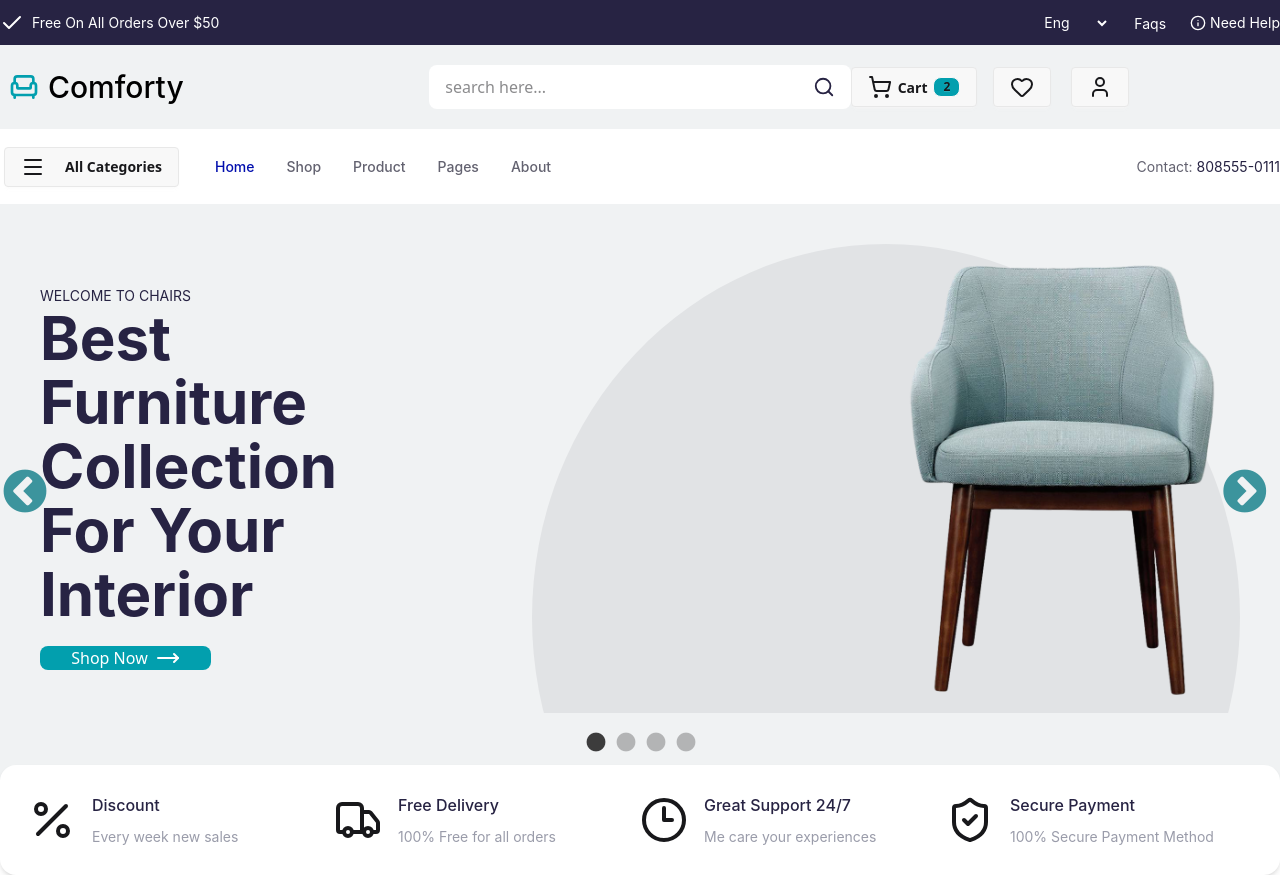
Repository: Neda0o0/store-template-website
Page: /
An editor plug-in stored every save of this project. The page is shown before and after the next save, followed by the edit.
The browser window is 1280 px wide. The pictures show the whole page.
The project was rebuilt for these pictures with package versions that can differ from the ones it lists, and the page was loaded fresh each time. Also part of the build but not shown: vite.config.js, src/Pages/Auth/Auth.jsx, src/Pages/Auth/Login/Login.jsx, src/Pages/Auth/Register/Register.jsx, src/Pages/Error/Error.jsx, src/AuthCheck/AuthCheck.jsx.

Above is the page before, as saved 2025-10-25 11:10:24.

After the next save:
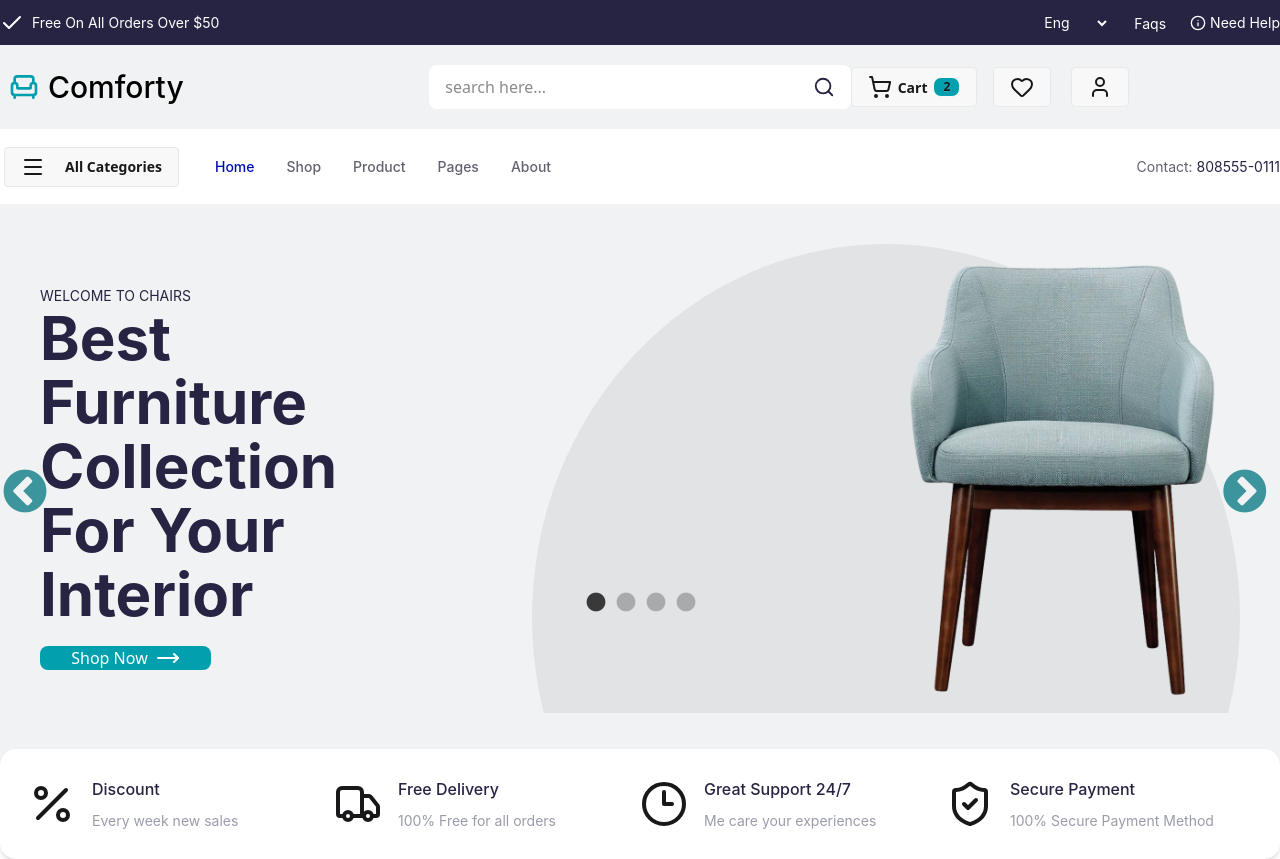
Saved 25 s later.
--- a/src/index.css
+++ b/src/index.css
@@ -53,7 +53,7 @@
 }
 .slick-dots {
   position: absolute;
-  bottom: -40px !important;
+  bottom: 100px !important;
   display: block;
   width: 100%;
   padding: 0;
@@ -78,7 +78,7 @@
 }
 
 .delivery_component {
-  margin-top: -3rem;
+  margin-top: -4rem;
   position: relative;
   z-index: 5;
 }
